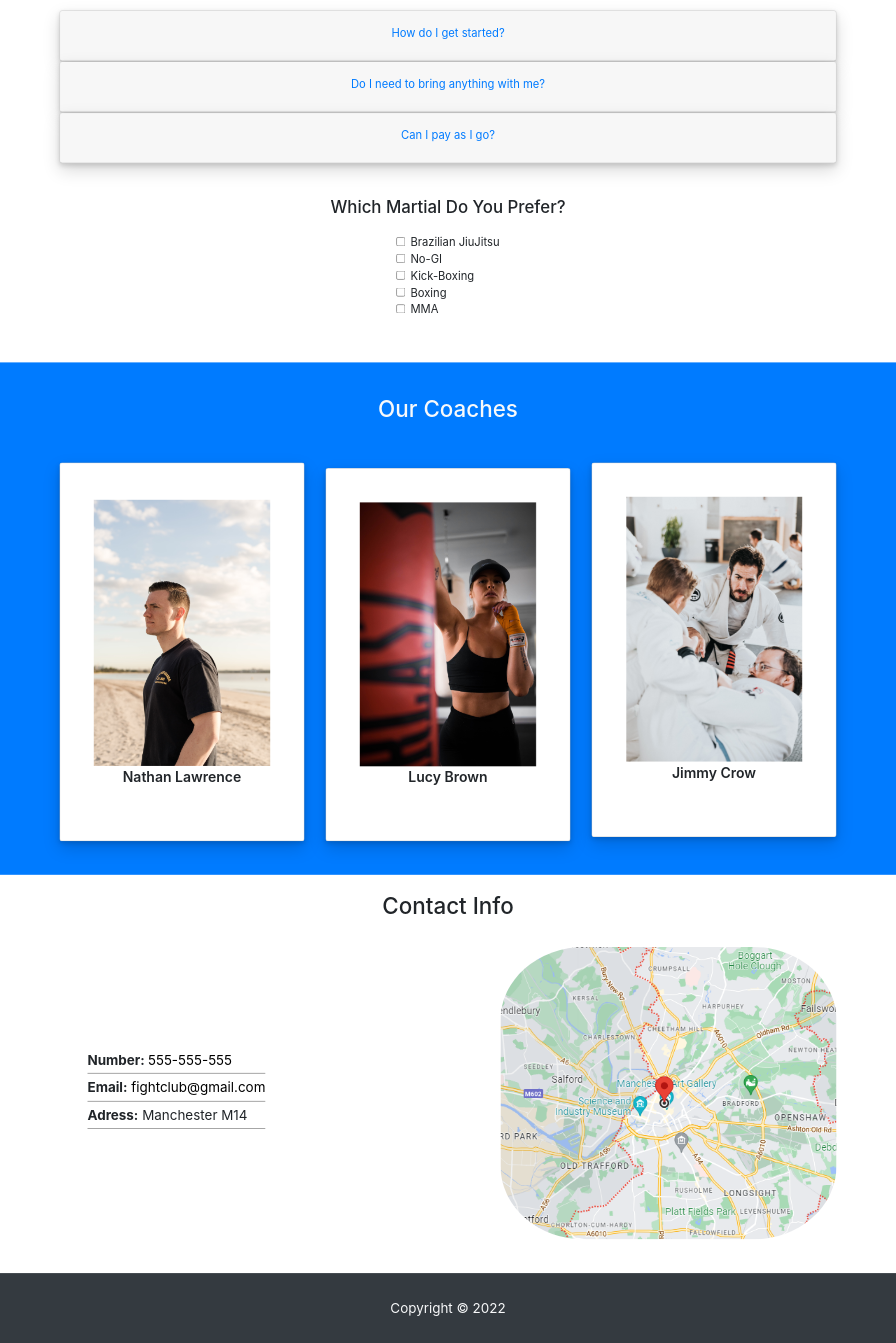
Repository: IonPara/Just-Fight
Page: index.html
An editor plug-in stored every save of this project. The page is shown before and after the next save, followed by the edit.
The browser window is 1280 px wide. The pictures show the part of the page from y = 2184 to 4104 px (the page is 4103 px tall before and 4104 px after), at 70% of full size.
Some web libraries are served in a nearby version.

Above is the page before, as saved 2023-03-13 16:12:20.

After the next save:
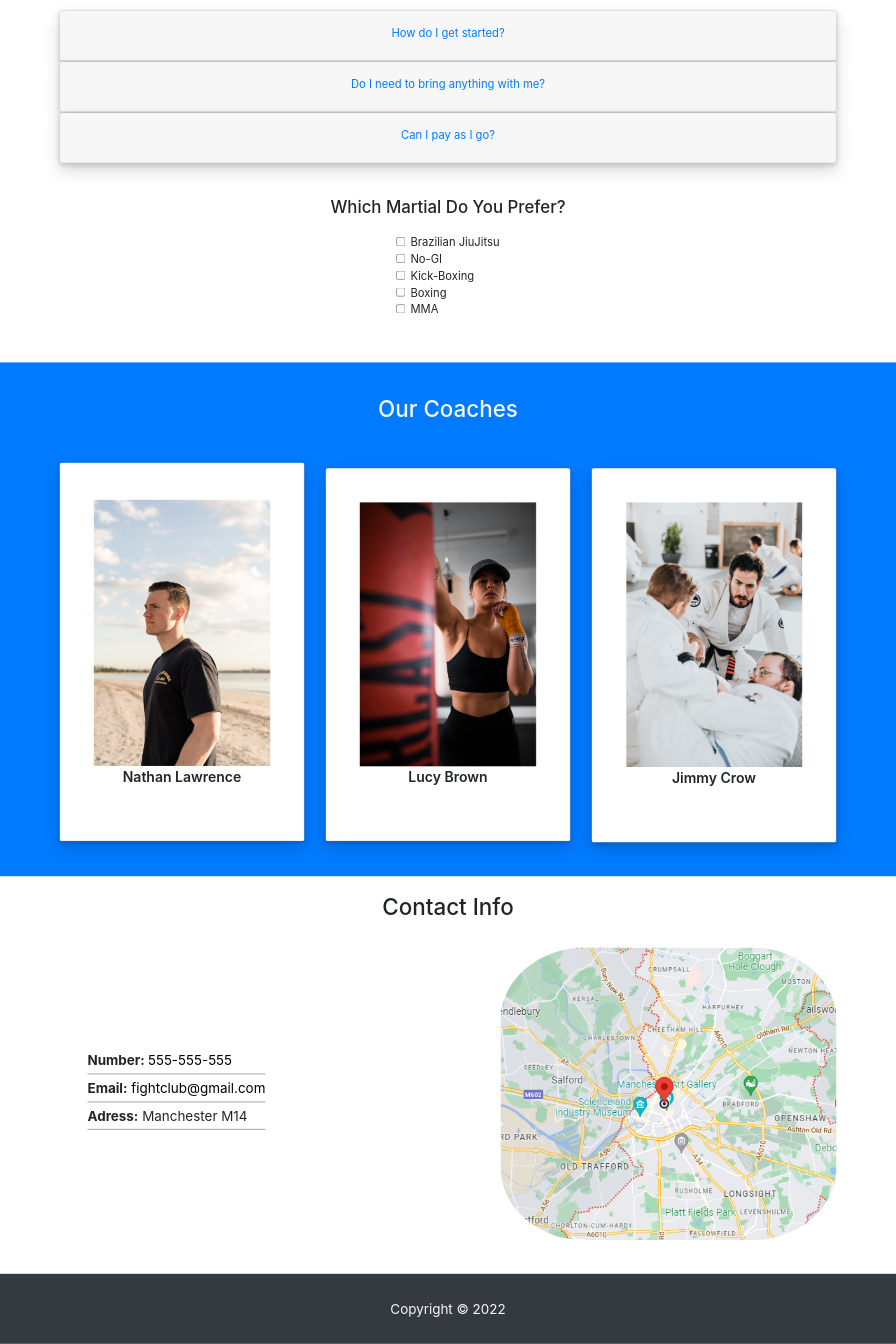
Saved 23 s later.
--- a/index.html
+++ b/index.html
@@ -411,8 +411,8 @@
           </div>
         </div>
         <!-- This the second coach -->
-        <div class="col-md">
-          <div class="card card-body p-5 mt-2">
+        <div class="col-md mt-2">
+          <div class="card card-body p-5 ">
             <figure class="image-container w-100 " id="col-coach2">
               <img class="card-image w-100  d-md-block" src="./Images/coach22.png" alt="Coach">
               <figcaption class="lead card-title ">Lucy Brown</figcaption>
@@ -420,7 +420,7 @@
           </div>
         </div>
         <!-- This the third coach -->
-        <div class="col-md ">
+        <div class="col-md mt-2">
           <div class="card card-body p-5 ">
             <figure class="image-container" id="col-coach3">
               <img class="card-image w-100  d-md-block" src="./Images/coach33.png" alt="Coach">
